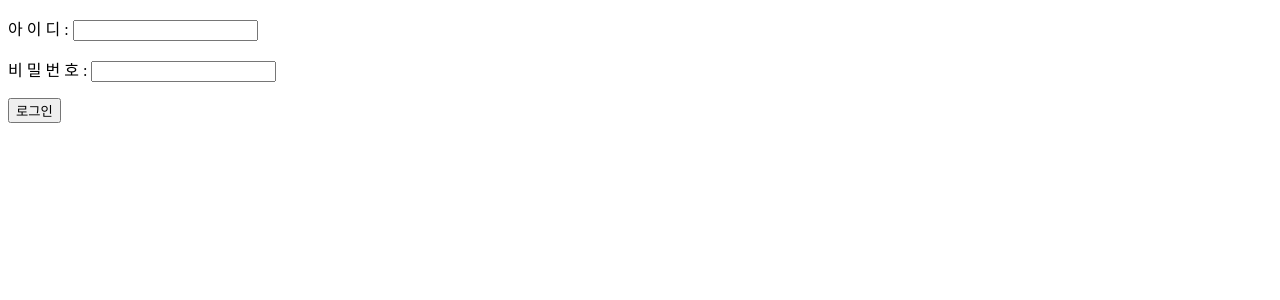
Repository: iwanttogohomenow/jspwork
Page: http://localhost/second/14_01_login.jsp
The author's editor kept a copy of each file at every save. The page is drawn from the files as they stood at one save, then again after the next save.
The browser window is 1280 px wide. The pictures show the whole page.
The page is served by Tomcat 9.

Above is the page before, as saved 2023-03-09 09:21:33.

After the next save:
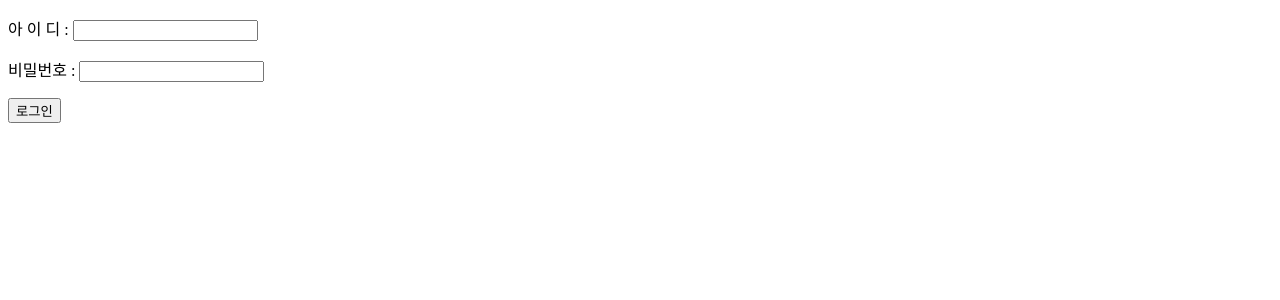
Saved 2 min 33 s later.
--- a/second/src/main/webapp/14_01_login.jsp
+++ b/second/src/main/webapp/14_01_login.jsp
@@ -7,17 +7,10 @@
 <title>Insert title here</title>
 </head>
 <body>
-<form action="14_01_login_process.jsp" method="POST">
-		<p>
-			아 이 디 : <input type="text" name="id">
-		</p>
-		<p>
-			비 밀 번 호 : <input type="text" name="passwd">
-		</p>
-		<p>
-			<input type="submit" value="로그인">
-			</p>
+	<form action="14_01_login_process.jsp" method="POST">
+		<p>	아 이 디 : <input type="text" name="id"></p>
+		<p>	비밀번호 : <input type="text" name="passwd"></p>
+		<p>	<input type="submit" value="로그인"></p>
 	</form>
-
 </body>
 </html>
